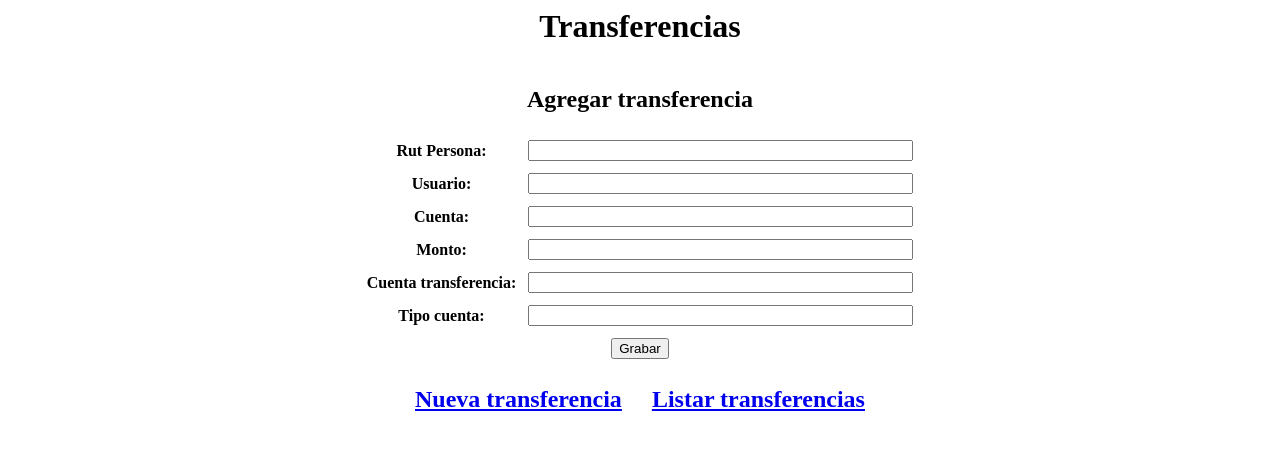
Repository: miguelalvarezcl/examen
Page: http://localhost/CtaCorriente/newtransferencia
The author's editor kept a copy of each file at every save. The page is drawn from the files as they stood at one save, then again after the next save.
The browser window is 1280 px wide. The pictures show the whole page.
The page is served by Tomcat 9. Other server files are loaded and not shown.

Above is the page before, as saved 2021-11-12 22:43:13.

### CtaCorriente/WebContent/FormularioTransferencia.jsp
<%@ page language="java" contentType="text/html; charset=UTF-8"
    pageEncoding="UTF-8"%>
<%@ taglib uri = "http://java.sun.com/jsp/jstl/core" prefix = "c" %>
<html>
<head>
    <title>:::... Transferencias ...:::</title>
</head>
<body>

    <center>
        <h1>Transferencias</h1>

    </center>
    <div align="center">
        <c:if test="${transferencia != null}">
            <form action="updatetransferencia" method="post">
        </c:if>
        <c:if test="${transferencia == null}">
            <form action="inserttransferencia" method="post">
        </c:if>
        <table border="0" cellpadding="5">
            <caption>
                <h2>
                    <c:if test="${transferencia != null}">
                        Editar transferencia
                    </c:if>
                    <c:if test="${transferencia == null}">
                        Agregar transferencia
                    </c:if>
                </h2>
            </caption>
                <c:if test="${transferencia != null}">
                    <input type="hidden" name="id" value="${transferencia.id}" />
                </c:if>
            <tr>
                <th>Rut Persona: </th>
                <td>
                    <input type="text" name="rutpersona" size="45"
                            value="${transferencia.rutpersona}"
                        />
                </td>
            </tr>
            <tr>
                <th>Usuario: </th>
                <td>
                    <input type="text" name="idusuario" size="45"
                            value="${transferencia.idusuario}"
                    />
                </td>
            </tr>
            <tr>
                <th>Cuenta: </th>
                <td>
                    <input type="text" name="idcuenta" size="45"
                            value="${transferencia.idcuenta}"
                    />
                </td>
            </tr>

            <tr>
                <th>Monto: </th>
                <td>
                    <input type="text" name="montotransferencia" size="45"
                            value="${transferencia.montotransferencia}"
                    />
                </td>
            </tr>

            <tr>
                <th>Cuenta transferencia: </th>
                <td>
                    <input type="text" name="cuentatransferencia" size="45"
                            value="${transferencia.cuentatransferencia}"
                    />
                </td>
            </tr>

            <tr>
                <th>Tipo cuenta: </th>
                <td>
                    <input type="text" name="tipocuenta" size="45"
                            value="${transferencia.tipocuenta}"
                    />
                </td>
            </tr>


            <tr>
                <td colspan="2" align="center">
                    <input type="submit" value="Grabar" />
                </td>
            </tr>
        </table>
        </form>
    </div>
        <center>
    <h2>
            <a href="/CtaCorriente/newtransferencia">Nueva transferencia</a>
            &nbsp;&nbsp;&nbsp;
            <a href="/CtaCorriente/listTransferencia">Listar transferencias</a>

    </h2>
        </center>
</body>
</html>

### CtaCorriente/src/com/platinum/ControllerServlet.java
package com.platinum;

import java.io.IOException;
import java.sql.SQLException;
import java.util.List;

import javax.servlet.RequestDispatcher;
import javax.servlet.ServletException;
import javax.servlet.http.HttpServlet;
import javax.servlet.http.HttpServletRequest;
import javax.servlet.http.HttpServletResponse;


public class ControllerServlet extends HttpServlet {
    private static final long serialVersionUID = 1L;
    private UsuariobdDAO usuariobdDAO;
    private PersonabdDAO personabdDAO;
    private CuentabdDAO cuentabdDAO;
    private TransferenciaDAO transferenciaDAO;

    public void init() {
        String jdbcURL = getServletContext().getInitParameter("jdbcURL");
        String jdbcUsername = getServletContext().getInitParameter("jdbcUsername");
        String jdbcPassword = getServletContext().getInitParameter("jdbcPassword");

        usuariobdDAO = new UsuariobdDAO(jdbcURL, jdbcUsername, jdbcPassword);
        personabdDAO = new PersonabdDAO(jdbcURL, jdbcUsername, jdbcPassword);
        cuentabdDAO = new CuentabdDAO(jdbcURL, jdbcUsername, jdbcPassword);
        transferenciaDAO = new TransferenciaDAO(jdbcURL, jdbcUsername, jdbcPassword);

    }

    protected void doPost(HttpServletRequest request, HttpServletResponse response)
            throws ServletException, IOException {
        doGet(request, response);
    }

    protected void doGet(HttpServletRequest request, HttpServletResponse response)
            throws ServletException, IOException {
        String action = request.getServletPath();

        try {
            switch (action) {
            case "/new":
                showNewForm(request, response);
                break;
            case "/newpersona":
                showNewFormPersona(request, response);
                break;

            case "/newcuenta":
                showNewFormCuenta(request, response);
                break;

            case "/newtransferencia":
                showNewFormTransferencia(request, response);
                break;

            case "/insert":
                insertUsuariobd(request, response);
                break;

            case "/insertpersona":
                insertPersonabd(request, response);
                break;

            case "/insertcuenta":
                insertCuentabd(request, response);
                break;

            case "/inserttransferencia":
                insertTransferencia(request, response);
                break;
            case "/deletecuenta":
                deleteCuentabd(request, response);
                break;

            case "/deletepersona":
                deletePersonabd(request, response);
                break;
            case "/delete":
                deleteUsuariobd(request, response);
                break;
            case "/editpersona":
                showEditFormPersona(request, response);
                break;

            case "/editcuenta":
                showEditFormCuenta(request, response);
                break;

            case "/edit":
                showEditForm(request, response);
                break;
            case "/update":
                updateUsuariobd(request, response);
                break;
            case "/updatepersona":
                updatePersonabd(request, response);
                break;

            case "/updatecuenta":
                updateCuentabd(request, response);
                break;


            case "/listPersonabd":
            	listPersonabd(request, response);
                break;

            case "/listCuentabd":
            	//System.out.println("1");
            	listCuentabd(request, response);
                break;
            case "/listTransferencia":
            	listTransferencia(request, response);
                break;
            default:
                listUsuariobd(request, response);
                break;
            }
        } catch (SQLException ex) {
            throw new ServletException(ex);
        }
    }



    private void listTransferencia(HttpServletRequest request, HttpServletResponse response)
            throws SQLException, IOException, ServletException {


        List<Transferencia> listTransferencia = transferenciaDAO.listAllTransferencia();

        request.setAttribute("listTransferencia", listTransferencia);
        RequestDispatcher dispatcher = request.getRequestDispatcher("ListaTransferencia.jsp");
        dispatcher.forward(request, response);
    }

    private void listCuentabd(HttpServletRequest request, HttpServletResponse response)
            throws SQLException, IOException, ServletException {


        List<Cuentabd> listCuentabd = cuentabdDAO.listAllCuentabd();

        request.setAttribute("listCuentabd", listCuentabd);
        RequestDispatcher dispatcher = request.getRequestDispatcher("ListaCuentas.jsp");
        dispatcher.forward(request, response);
    }

    private void listPersonabd(HttpServletRequest request, HttpServletResponse response)
            throws SQLException, IOException, ServletException {

        List<Personabd> listPersonabd = personabdDAO.listAllPersonabd();

        request.setAttribute("listPersonabd", listPersonabd);
        RequestDispatcher dispatcher = request.getRequestDispatcher("ListaPersonas.jsp");
        dispatcher.forward(request, response);
    }

    private void listUsuariobd(HttpServletRequest request, HttpServletResponse response)
            throws SQLException, IOException, ServletException {
        List<Usuariobd> listUsuariobd = usuariobdDAO.listAllUsuariosbd();
        request.setAttribute("listUsuariobd", listUsuariobd);
        RequestDispatcher dispatcher = request.getRequestDispatcher("ListaUsuarios.jsp");
        dispatcher.forward(request, response);
    }


    private void showNewForm(HttpServletRequest request, HttpServletResponse response)
            throws ServletException, IOException {
        RequestDispatcher dispatcher = request.getRequestDispatcher("FormularioUsuario.jsp");
        dispatcher.forward(request, response);
    }

    private void showNewFormPersona(HttpServletRequest request, HttpServletResponse response)
            throws ServletException, IOException {
        RequestDispatcher dispatcher = request.getRequestDispatcher("FormularioPersona.jsp");
        dispatcher.forward(request, response);
    }

    private void showNewFormCuenta(HttpServletRequest request, HttpServletResponse response)
            throws ServletException, IOException {
        RequestDispatcher dispatcher = request.getRequestDispatcher("FormularioCuenta.jsp");
        dispatcher.forward(request, response);
    }

    private void showNewFormTransferencia(HttpServletRequest request, HttpServletResponse response)
            throws ServletException, IOException {
        RequestDispatcher dispatcher = request.getRequestDispatcher("FormularioTransferencia.jsp");
        dispatcher.forward(request, response);
    }


    private void showEditForm(HttpServletRequest request, HttpServletResponse response)
            throws SQLException, ServletException, IOException {
        int id = Integer.parseInt(request.getParameter("id"));
        Usuariobd existingUsuariobd = usuariobdDAO.getUsuariobd(id);
        RequestDispatcher dispatcher = request.getRequestDispatcher("FormularioUsuario.jsp");
        request.setAttribute("usuariobd", existingUsuariobd);
        dispatcher.forward(request, response);

    }

    private void showEditFormPersona(HttpServletRequest request, HttpServletResponse response)
            throws SQLException, ServletException, IOException {
        String rut = request.getParameter("rut");
        Personabd existingPersonabd = personabdDAO.getPersonabd(rut);
        RequestDispatcher dispatcher = request.getRequestDispatcher("FormularioPersona.jsp");
        request.setAttribute("personabd", existingPersonabd);
        dispatcher.forward(request, response);


    }

    private void showEditFormCuenta(HttpServletRequest request, HttpServletResponse response)
            throws SQLException, ServletException, IOException {
        int id = Integer.parseInt(request.getParameter("id"));
        Cuentabd existingCuentabd = cuentabdDAO.getCuentabd(id);
        RequestDispatcher dispatcher = request.getRequestDispatcher("FormularioCuenta.jsp");
        request.setAttribute("cuentabd", existingCuentabd);
        dispatcher.forward(request, response);


    }

    private void insertUsuariobd(HttpServletRequest request, HttpServletResponse response)
            throws SQLException, IOException {
        String nombreusuario = request.getParameter("nombreusuario");
        String password = request.getParameter("password");


        Usuariobd newUsuariobd = new Usuariobd(nombreusuario, password);
        usuariobdDAO.insertUsuariobd(newUsuariobd);
        response.sendRedirect("list");
    }

    private void insertPersonabd(HttpServletRequest request, HttpServletResponse response)
            throws SQLException, IOException {
    	String rut = request.getParameter("rut");
        String nombre = request.getParameter("nombre");
        String apellido = request.getParameter("apellido");
        String direccion = request.getParameter("direccion");
        String correo = request.getParameter("correo");
        String telefono = request.getParameter("telefono");

        Personabd newPersonabd = new Personabd(rut,nombre, apellido,direccion,correo,telefono);
        personabdDAO.insertPersonabd(newPersonabd);
        response.sendRedirect("listPersonabd");
    }

    private void insertTransferencia(HttpServletRequest request, HttpServletResponse response)
            throws SQLException, IOException {
        String rutpersona = request.getParameter("rutpersona");
        int idusuario = Integer.parseInt(request.getParameter("idusuario"));
        int idcuenta = Integer.parseInt(request.getParameter("idcuenta"));
        int montotransferencia = Integer.parseInt(request.getParameter("montotransferencia"));
        int cuentatransferencia = Integer.parseInt(request.getParameter("cuentatransferencia"));
        String tipocuenta = request.getParameter("tipocuenta");

        Transferencia newTransferencia = new Transferencia(rutpersona, idusuario,idcuenta,montotransferencia,cuentatransferencia,tipocuenta);
        transferenciaDAO.insertTransferencia(newTransferencia);
        response.sendRedirect("listTransferencia");
    }

    private void insertCuentabd(HttpServletRequest request, HttpServletResponse response)
            throws SQLException, IOException {
        String rutcliente = request.getParameter("rutcliente");
        String monto = request.getParameter("monto");
        String ejecutivo = request.getParameter("ejecutivo");

        Cuentabd newCuentabd = new Cuentabd(rutcliente, monto,ejecutivo);
        cuentabdDAO.insertCuentabd(newCuentabd);
        response.sendRedirect("listCuentabd");
    }


    private void updatePersonabd(HttpServletRequest request, HttpServletResponse response)
            throws SQLException, IOException {
        String rut = request.getParameter("rut");
        String nombre = request.getParameter("nombre");
        String apellido = request.getParameter("apellido");
        String direccion = request.getParameter("direccion");
        String correo = request.getParameter("correo");
        String telefono = request.getParameter("telefono");


        Personabd personabd = new Personabd(rut, nombre, apellido,direccion,correo,telefono);
        personabdDAO.updatePersonabd(personabd);
        response.sendRedirect("listPersonabd");
    }


    private void updateCuentabd(HttpServletRequest request, HttpServletResponse response)
            throws SQLException, IOException {
    	System.out.println("paso");

        String rutcliente = request.getParameter("rutcliente");
        String monto = request.getParameter("monto");
        String ejecutivo = request.getParameter("ejecutivo");
        int id = Integer.parseInt(request.getParameter("id"));
        Cuentabd cuentabd = new Cuentabd(id, rutcliente, monto , ejecutivo);
        System.out.println("paso2");
        cuentabdDAO.updateCuentabd(cuentabd);
        response.sendRedirect("listCuentabd");
    }


    private void updateUsuariobd(HttpServletRequest request, HttpServletResponse response)
            throws SQLException, IOException {
        int id = Integer.parseInt(request.getParameter("id"));
        String nombreusuario = request.getParameter("nombreusuario");
        String password = request.getParameter("password");


        Usuariobd usuariobd = new Usuariobd(id, nombreusuario, password);
        usuariobdDAO.updateUsuariobd(usuariobd);
        response.sendRedirect("list");
    }

    private void deleteUsuariobd(HttpServletRequest request, HttpServletResponse response)
            throws SQLException, IOException {
        int id = Integer.parseInt(request.getParameter("id"));

        Usuariobd usuariobd = new Usuariobd(id);
        usuariobdDAO.deleteUsuariobd(usuariobd);
        response.sendRedirect("list");

    }

    private void deletePersonabd(HttpServletRequest request, HttpServletResponse response)
            throws SQLException, IOException {
        String rut = request.getParameter("rut");

        Personabd personabd = new Personabd(rut);
        personabdDAO.deletePersonabd(personabd);
        response.sendRedirect("listPersonabd");
    }


    private void deleteCuentabd(HttpServletRequest request, HttpServletResponse response)
            throws SQLException, IOException {
        int id = Integer.parseInt(request.getParameter("id"));

        Cuentabd cuentabd = new Cuentabd(id);
        cuentabdDAO.deleteCuentabd(cuentabd);
        response.sendRedirect("listCuentabd");
    }



}

After the next save:
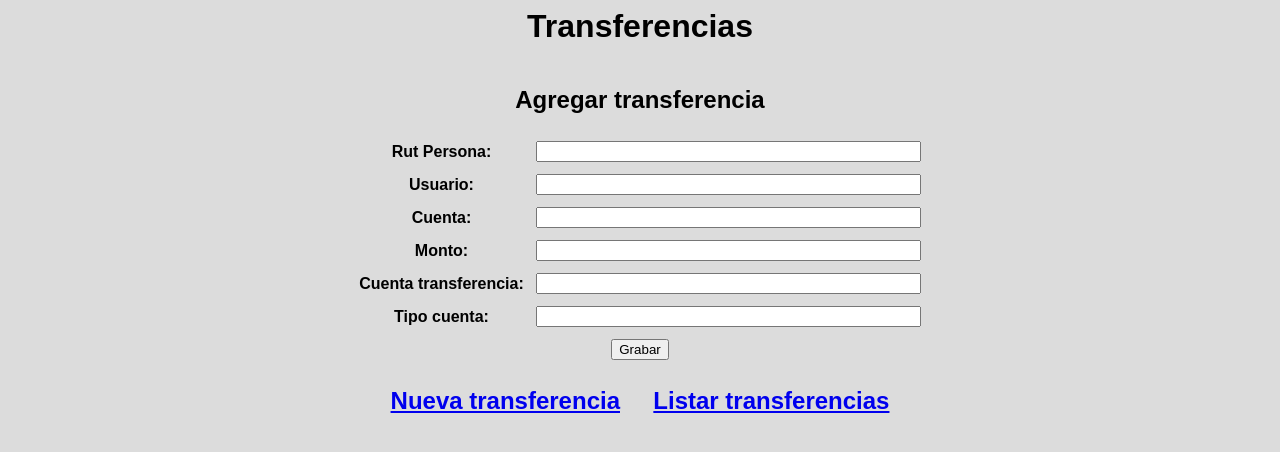
Saved 67 s later.
--- a/CtaCorriente/WebContent/FormularioTransferencia.jsp
+++ b/CtaCorriente/WebContent/FormularioTransferencia.jsp
@@ -103,3 +103,10 @@
         </center>
 </body>
 </html>
+
+<style>
+body{
+	font-family: arial, helvetica;
+	background: #DCDCDC;
+}
+</style>
